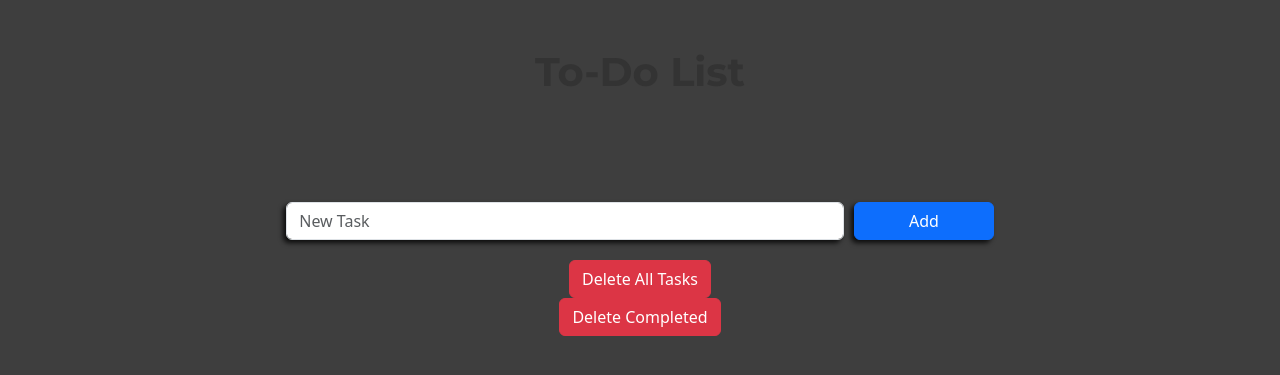
Repository: PituMia/TODO-List
Page: /
These files come from the project's save history. The page is drawn as it stood at one moment and after the next save; the edit follows.
The browser window is 1280 px wide. The pictures show the whole page.
The project was rebuilt for these pictures with package versions that can differ from the ones it lists, and the page was loaded fresh each time. Also part of the build but not shown: vite.config.js, src/assets/css/App.css, src/assets/css/Task.css, src/assets/components/Task.jsx.

Above is the page before, as saved 2025-02-01 15:39:16.

After the next save:
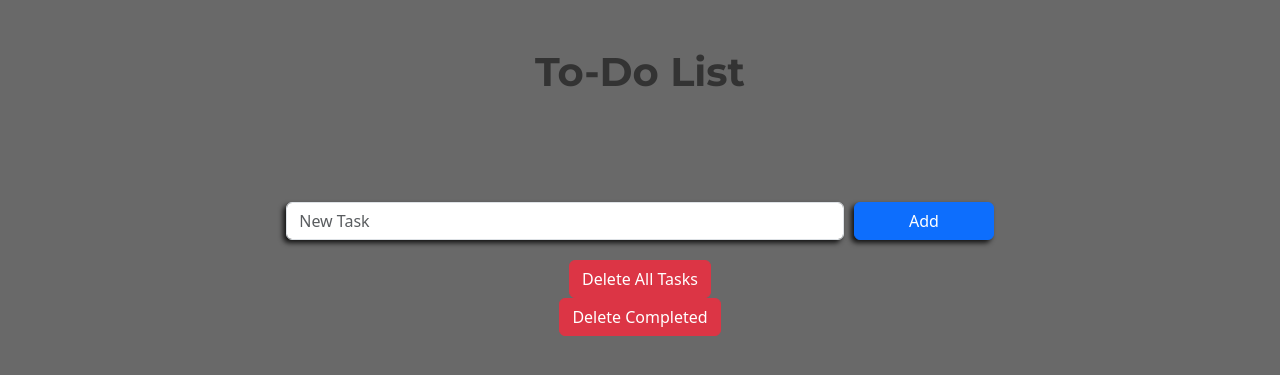
Saved 53 s later.
--- a/src/assets/css/index.css
+++ b/src/assets/css/index.css
@@ -1,5 +1,5 @@
 html, body {
-    background-color: #3e3e3e;
+    background-color: #696969;
     margin: 0;
     padding: 0;
     width: 100%;
